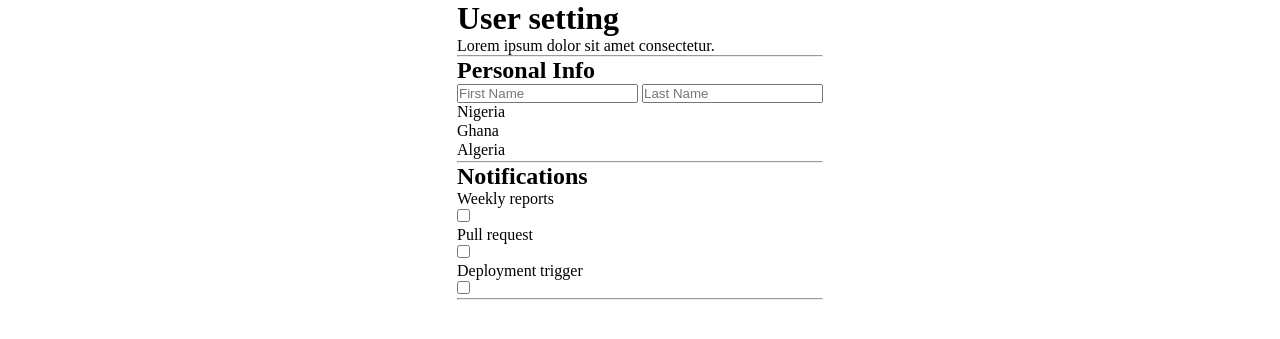
Repository: imokha01/DOM
Page: index.html
These files come from the project's save history. The page is drawn as it stood at one moment and after a run of saves; the edit follows.
The browser window is 1280 px wide. The pictures show the whole page.

Above is the page before, as saved 2023-12-19 17:09:58.

After the next 2 saves:
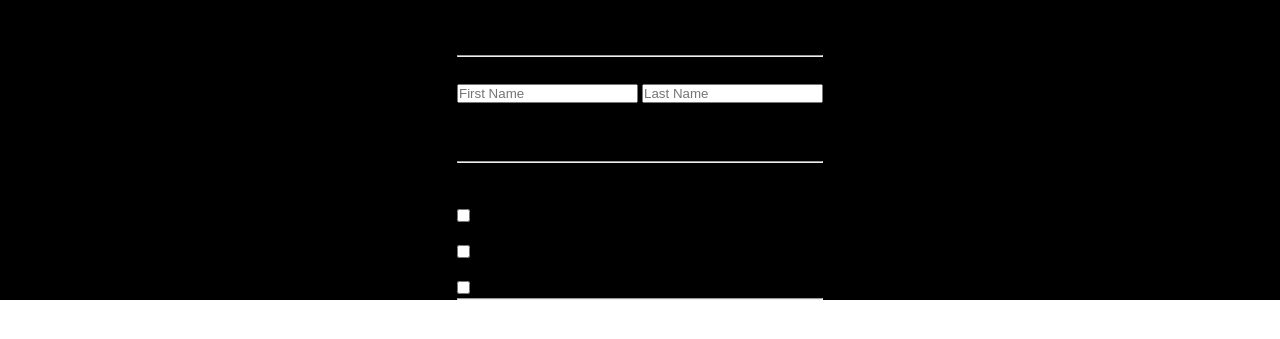
The 2 saves are shown as one change because they came seconds apart.
The last was saved 6 s later.
--- a/index.css
+++ b/index.css
@@ -9,7 +9,7 @@
     justify-content: center;
     align-items: center;
     gap: 2px;
-    background-color: ;
+    background-color: black;
 
 }
 
